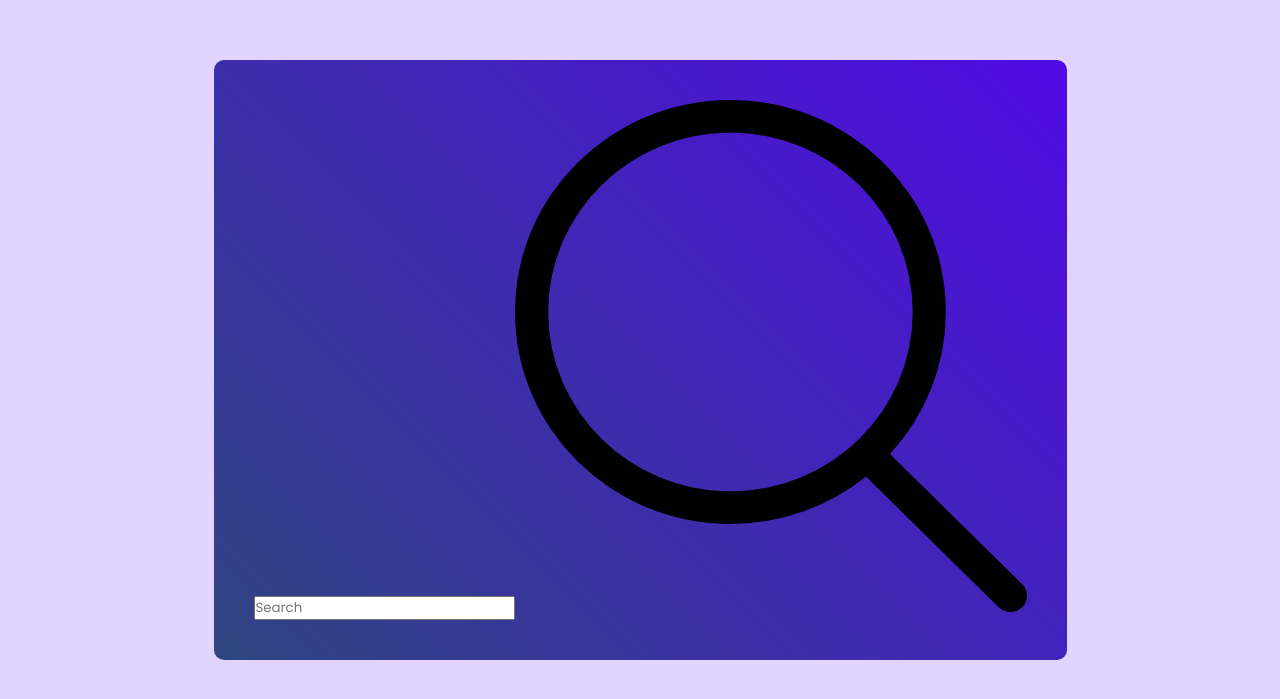
Repository: wakoya-tech/wheather-app
Page: /
The author's editor kept a copy of each file at every save. The page is drawn from the files as they stood at one save, then again after the next save.
The browser window is 1280 px wide. The pictures show the whole page.
Some web fonts or font styles are not loaded; a fallback is used. The project was rebuilt for these pictures with package versions that can differ from the ones it lists, and the page was loaded fresh each time. Also part of the build but not shown: vite.config.js, src/App.css.

Above is the page before, as saved 2025-10-17 23:30:55.

### index.html
<!DOCTYPE html>
<html lang="en">
  <head>
    <meta charset="UTF-8" />
    <link rel="icon" type="image/svg+xml" href="/vite.svg" />
    <meta name="viewport" content="width=device-width, initial-scale=1.0" />
    <title>Weather App - wakoCode</title>
  </head>
  <body>
    <div id="root"></div>
    <script type="module" src="/src/main.jsx"></script>
  </body>
</html>

### src/App.jsx
import { useState } from 'react'
import Weather from './Components/Weather'
import './App.css'

function App() {
 return(
 <div className='App'>

<Weather/>

 </div>

 )

}

export default App

### src/index.css
@import url('https://fonts.googleapis.com/css2?family=Lato&family=Poppins:ital,wght@0,100;0,200;0,300;0,400;0,500;0,600;0,700;0,800;0,900;1,100;1,200;1,300;1,400;1,500;1,600;1,700;1,800;1,900&family=WDXL+Lubrifont+SC&display=swap');

*{
    margin: 0;
    padding: 0;
    box-sizing: border-box;
    font-family: "poppins",sans-serif;
}
.App {
    min-height: 100vh;
    display: grid;
    background: #e2d4ff;
}

### src/Components/Weather.jsx
import React from 'react';
import './Weather.css';
import search_icon from '../assets/Search.png';

function Weather() {
  return (
    <div className='weather'>
      <div className="search-bar">
        <input type="text" placeholder='Search' />
        <img className='img' src={search_icon} alt="Search" />
      </div>
    </div>
  );
}

export default Weather;

### src/Components/Weather.css
.weather{
place-self: center;
padding: 40px;
border-radius: 10px;
background-image: linear-gradient(45deg,#2f4680,#500ae4);
}
image{
    width: 10vw;
    height: 10vh;
}

Loaded but not shown: src/main.jsx (common file)

After the next save:
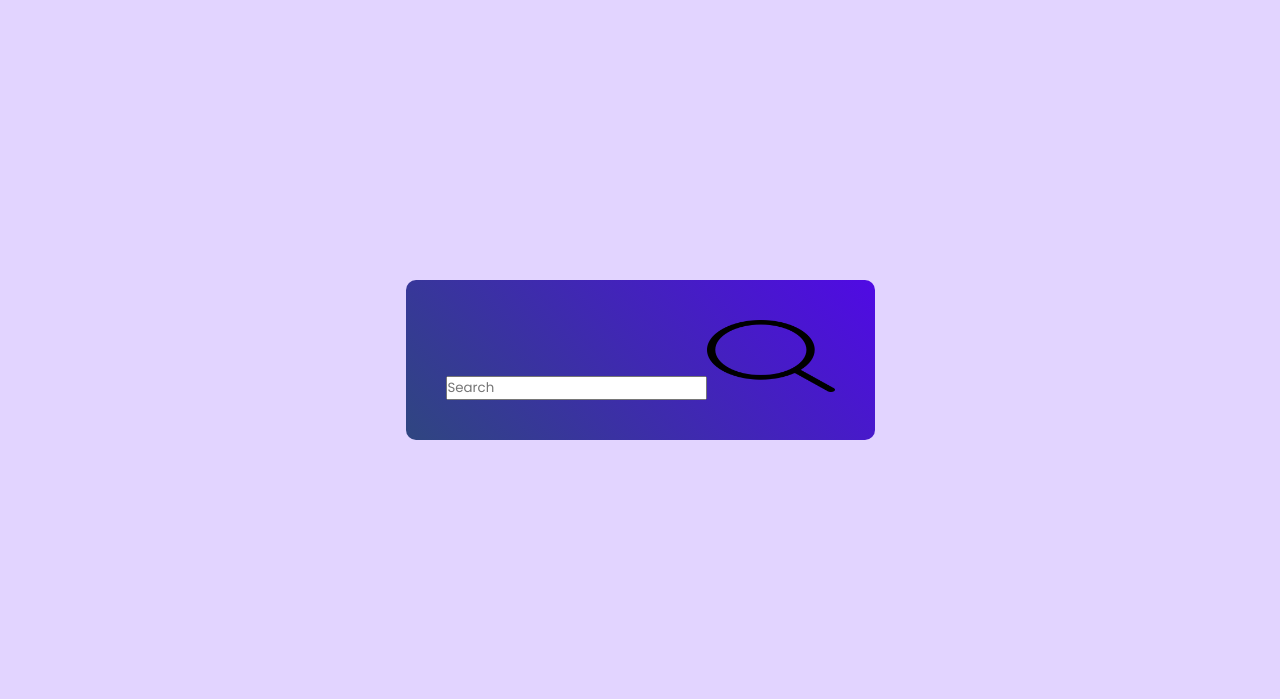
Saved 16 s later.
--- a/src/Components/Weather.css
+++ b/src/Components/Weather.css
@@ -4,7 +4,7 @@
 border-radius: 10px;
 background-image: linear-gradient(45deg,#2f4680,#500ae4);
 }
-image{
+.img{
     width: 10vw;
     height: 10vh;
 }

After the save that followed:
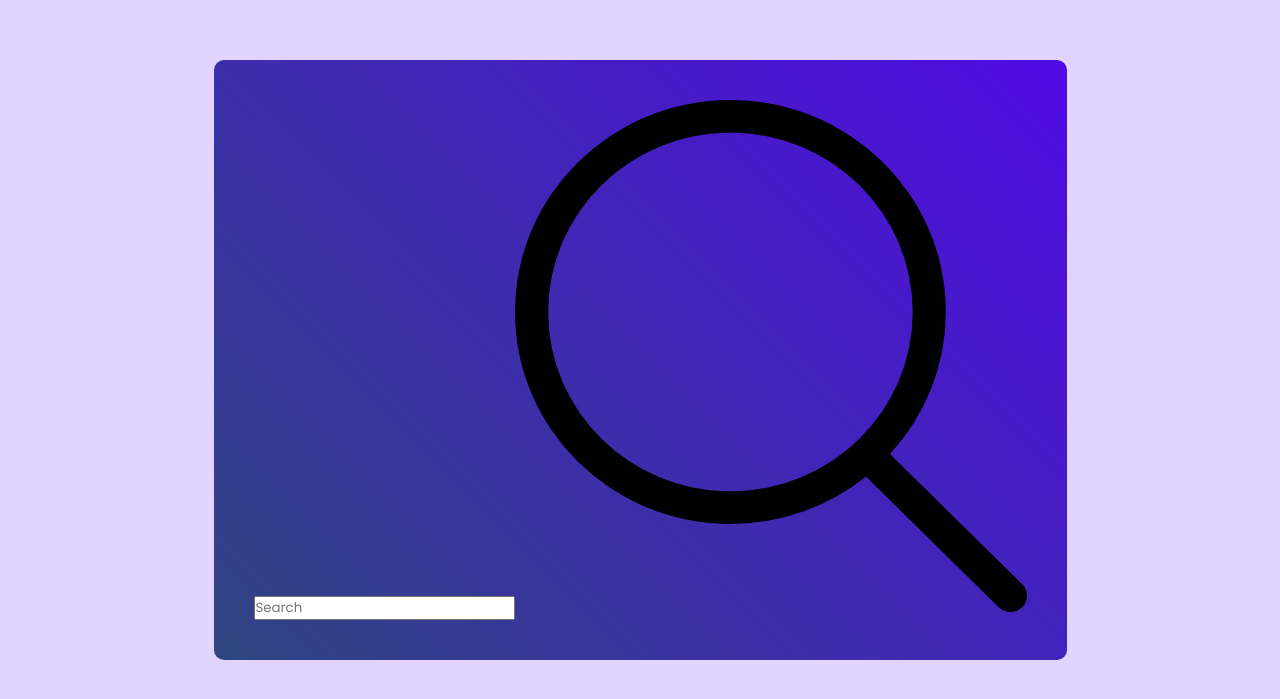
Saved 112 s later.
--- a/src/Components/Weather.css
+++ b/src/Components/Weather.css
@@ -3,8 +3,6 @@
 padding: 40px;
 border-radius: 10px;
 background-image: linear-gradient(45deg,#2f4680,#500ae4);
+display: flex;
+
 }
-.img{
-    width: 10vw;
-    height: 10vh;
-}
